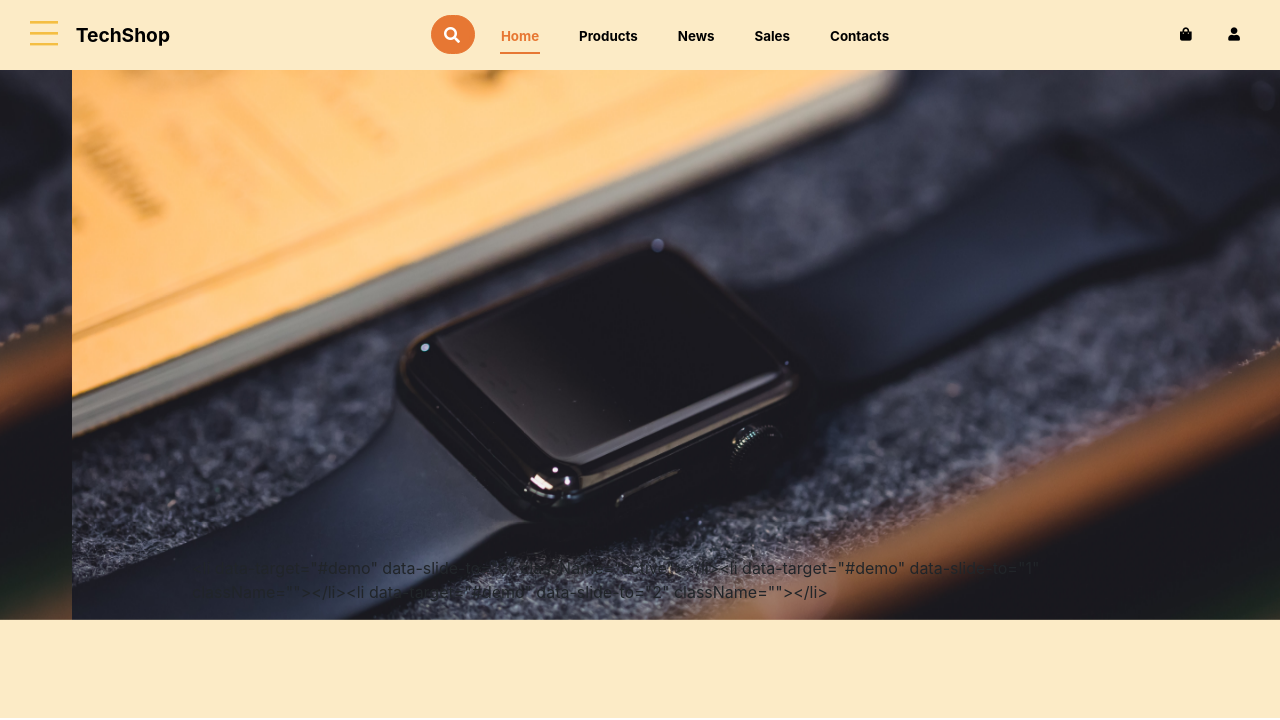
Repository: dinhngocup/TechShop
Page: /home
These files come from the project's save history. The page is drawn as it stood at one moment and after the next save; the edit follows.
The browser window is 1280 px wide. The pictures show the whole page.
Some web libraries are served in a nearby version. The project was rebuilt for these pictures with package versions that can differ from the ones it lists, and the page was loaded fresh each time. Also part of the build but not shown: src/App.css, src/components/news.jsx.

Above is the page before, as saved 2021-03-18 00:32:13.

After the next save:
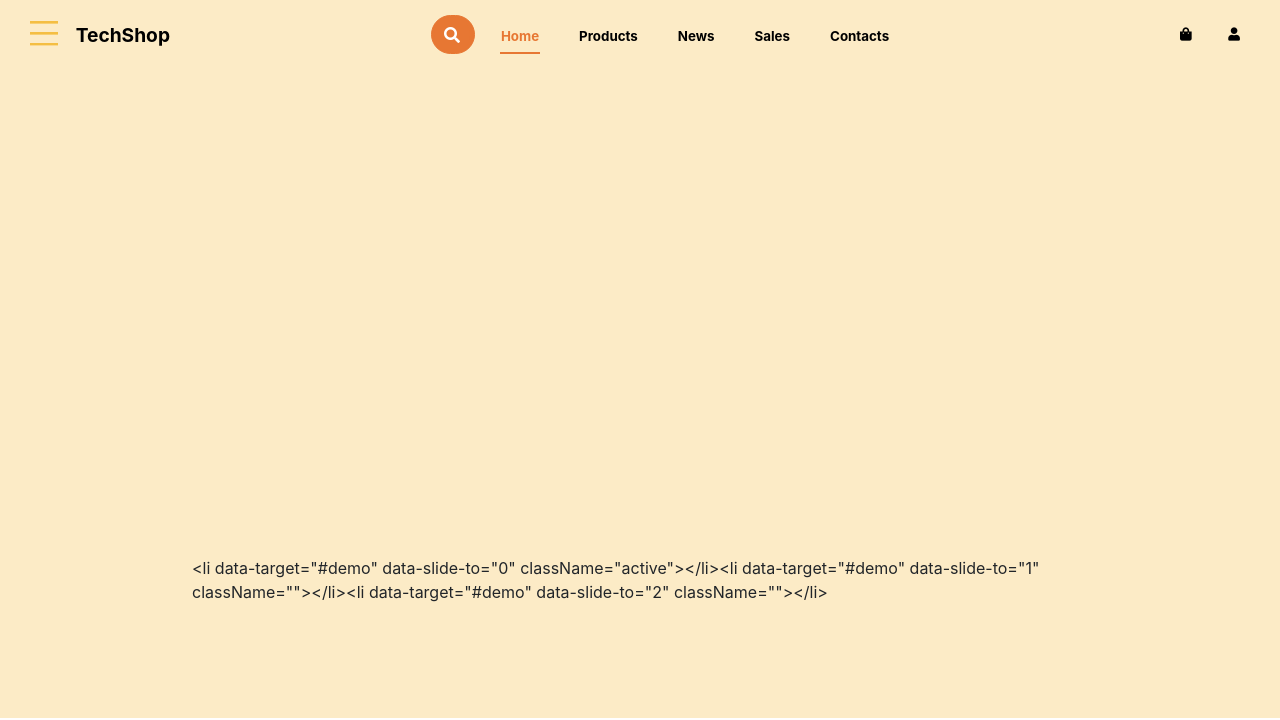
Saved 7 s later.
--- a/src/components/Home/Banner/banner.jsx
+++ b/src/components/Home/Banner/banner.jsx
@@ -64,7 +64,7 @@
         {showCarouselIndicators(bannerImages.length)}
       </ul>
       <div className="carousel-inner">
-        <div className="carousel-item active">
+        {/* <div className="carousel-item active">
           <img src={image} alt="Los Angeles" />
         </div>
         <div className="carousel-item">
@@ -72,7 +72,7 @@
         </div>
         <div className="carousel-item">
           <img src={image} alt="Los Angeles" />
-        </div>
+        </div> */}
       </div>
     </div>
   );
